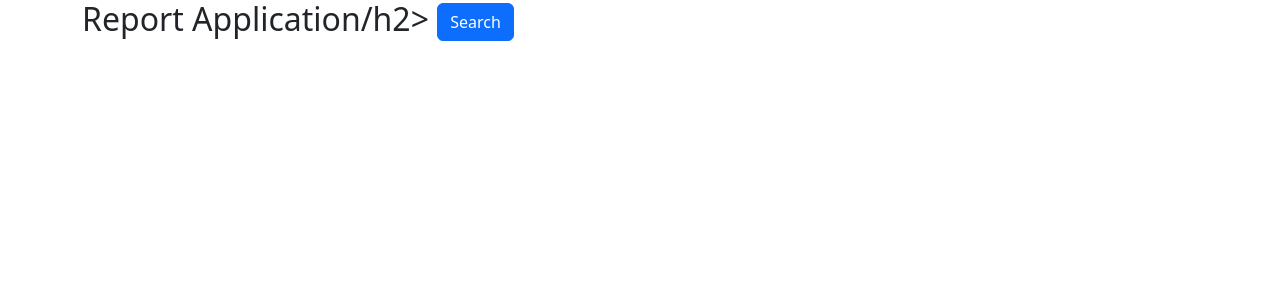
Repository: gorakhyadav006/01_MiniProject_ReportGenration
Page: http://localhost/01_REPORT_APP/search.jsp
An editor plug-in stored every save of this project. The page is shown before and after the next save, followed by the edit.
The browser window is 1280 px wide. The pictures show the whole page.
The page is served by Tomcat 9. Other server files are loaded and not shown.

Above is the page before, as saved 2025-02-27 13:25:53.

### 01_REPORT_APP/src/main/webapp/search.jsp
<%@ page language="java" contentType="text/html; charset=UTF-8"
    pageEncoding="UTF-8"%>

    <%@ taglib prefix="form" uri="http://www.springframework.org/tags/form" %>

<!DOCTYPE html>
<html>
<head>
<meta charset="utf-8">
    <meta name="viewport" content="width=device-width, initial-scale=1">
    <title>Bootstrap demo</title>
    <link href="https://cdn.jsdelivr.net/npm/bootstrap@5.3.3/dist/css/bootstrap.min.css" rel="stylesheet" integrity="sha384-QWTKZyjpPEjISv5WaRU9OFeRpok6YctnYmDr5pNlyT2bRjXh0JMhjY6hW+ALEwIH" crossorigin="anonymous">
  </head>
  <title>SearchPlan</title>
</head>
<body>

<div class="container">
<h2>Report Application/h2>
<button class="btn btn-primary">Search</button>

</div>
 <script src="https://cdn.jsdelivr.net/npm/bootstrap@5.3.3/dist/js/bootstrap.bundle.min.js" integrity="sha384-YvpcrYf0tY3lHB60NNkmXc5s9fDVZLESaAA55NDzOxhy9GkcIdslK1eN7N6jIeHz" crossorigin="anonymous"></script>

</body>
</html>

After the next save:
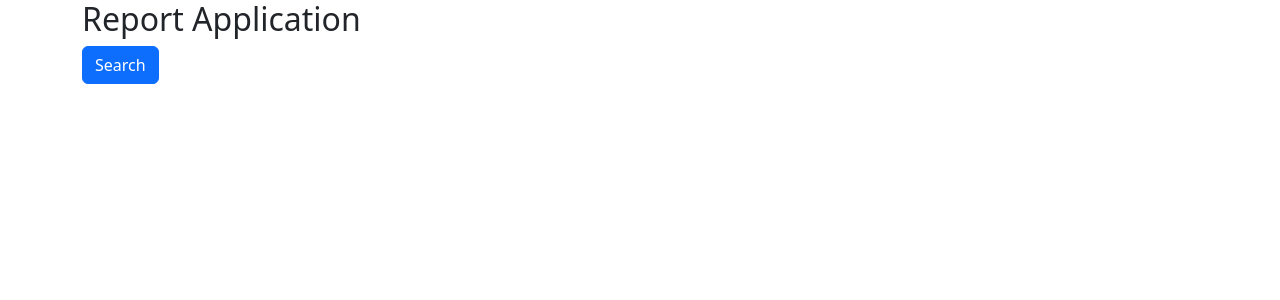
Saved 56 s later.
--- a/01_REPORT_APP/src/main/webapp/search.jsp
+++ b/01_REPORT_APP/src/main/webapp/search.jsp
@@ -16,7 +16,7 @@
 <body>
 
 <div class="container">
-<h2>Report Application/h2>
+<h2>Report Application</h2>
 <button class="btn btn-primary">Search</button>
 
 </div>
